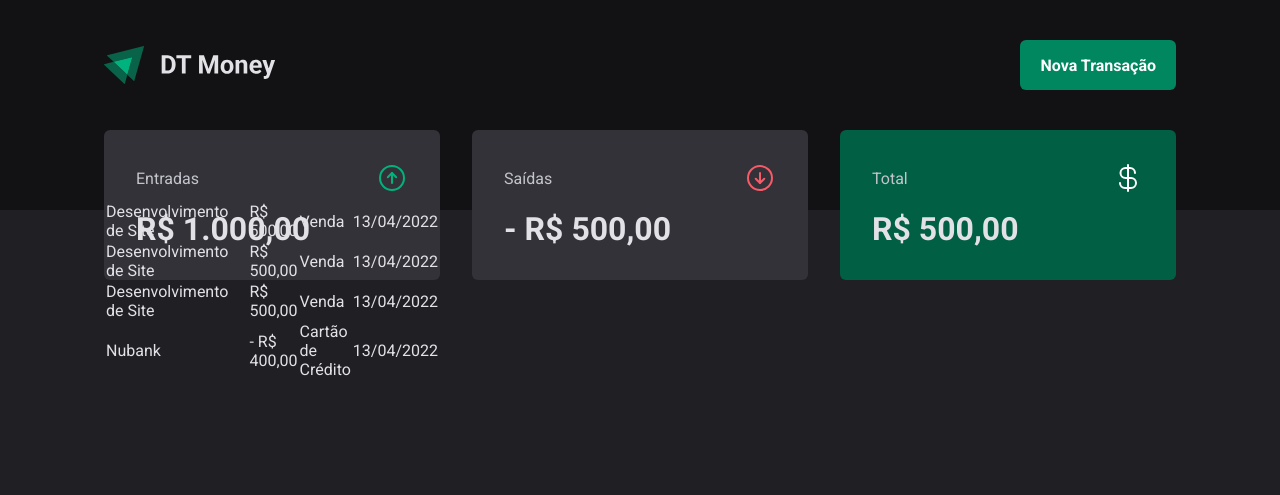
Repository: guilhermecardoso93/dtmoney-reactjs-ignite
Page: /
An editor plug-in stored every save of this project. The page is shown before and after the next save, followed by the edit.
The browser window is 1280 px wide. The pictures show the whole page.
The project was rebuilt for these pictures with package versions that can differ from the ones it lists, and the page was loaded fresh each time. Also part of the build but not shown: vite.config.ts.

Above is the page before, as saved 2022-08-15 21:23:56.

After the next save:
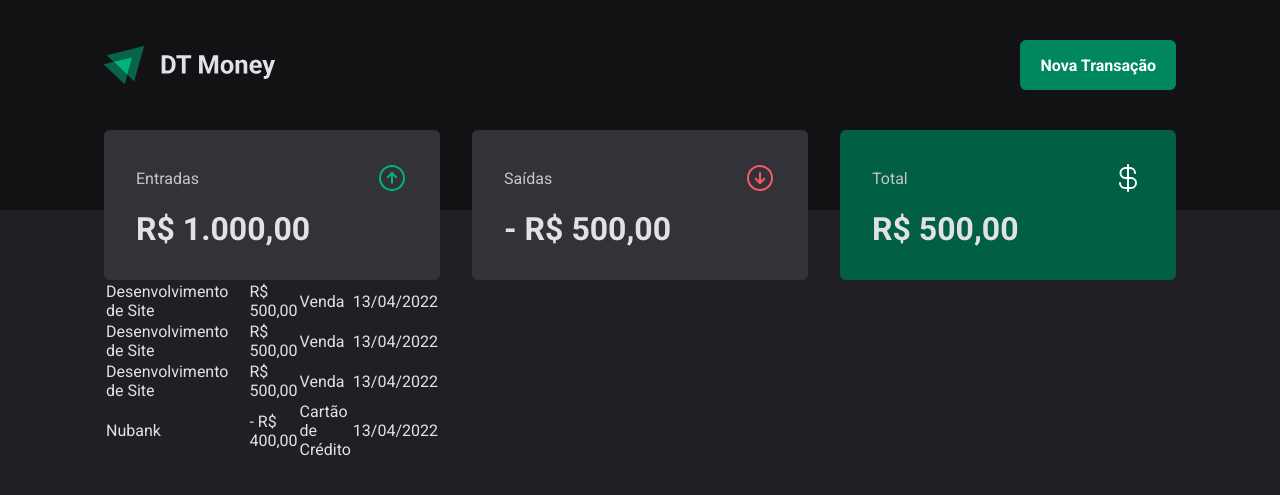
Saved 7 s later.
--- a/src/pages/Transactions/styles.ts
+++ b/src/pages/Transactions/styles.ts
@@ -10,5 +10,4 @@
   grid-template-columns:  repeat(3, 1fr);
   gap: 2rem;
 
-  margin-top: -5rem;
   `;
